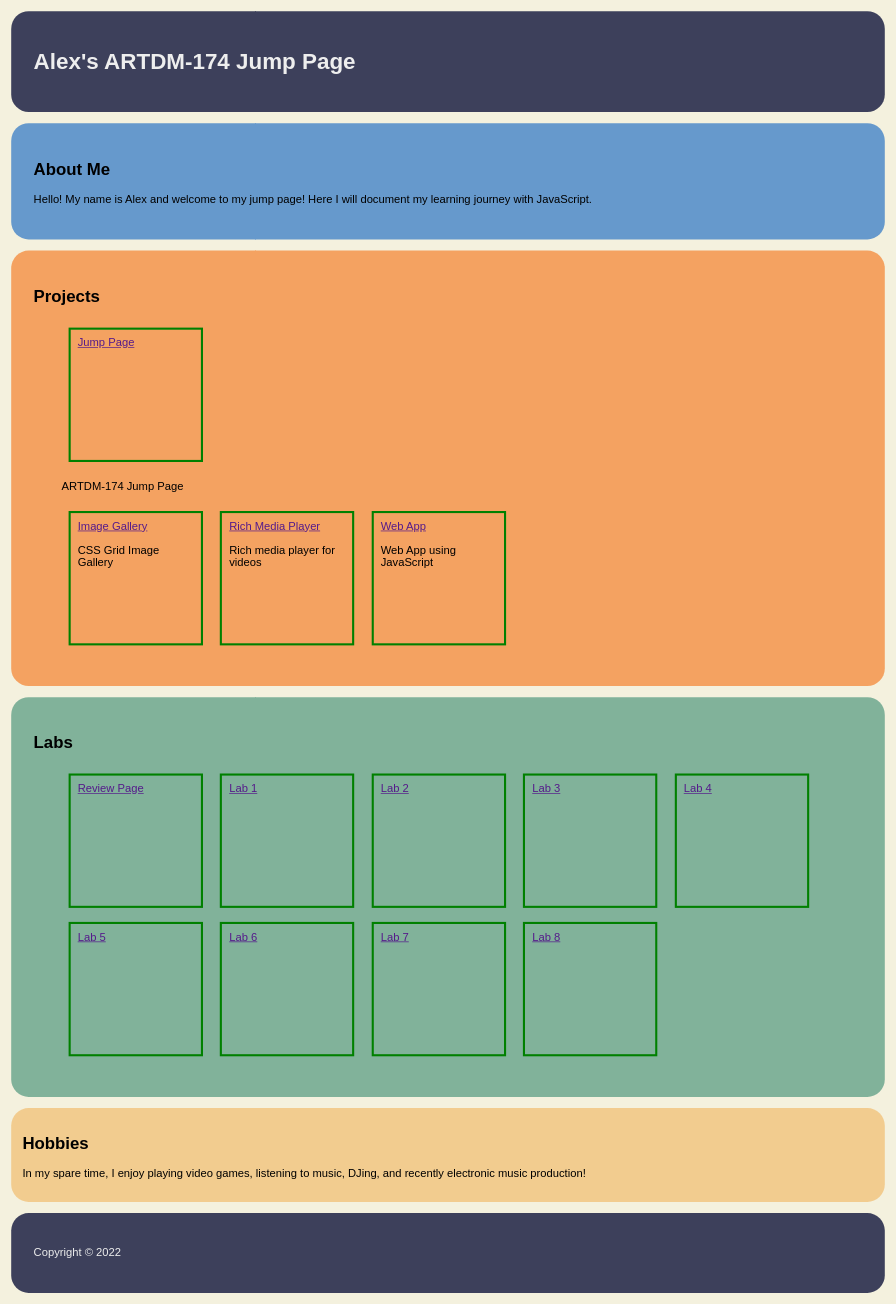
Repository: alexmaddux99/ARTDM-174
Page: Jump Page/index.html
These files come from the project's save history. The page is drawn as it stood at one moment and after the next save; the edit follows.
The browser window is 1280 px wide. The pictures show the whole page, at 70% of full size.
Some web fonts or font styles are not loaded; a fallback is used.

Above is the page before, as saved 2022-02-10 13:35:07.

### Jump Page/index.html
<!DOCTYPE html>
<html lang="en">
<head>
    <meta charset="UTF-8">
    <meta http-equiv="X-UA-Compatible" content="IE=edge">
    <meta name="viewport" content="width=device-width, initial-scale=1.0">
    <link rel="stylesheet" href="css/main.css">
    <link rel="preconnect" href="https://fonts.gstatic.com" crossorigin>
<link href="https://fonts.googleapis.com/css2?family=Roboto&display=swap" rel="stylesheet">
<link rel="preconnect" href="https://fonts.googleapis.com">
<link rel="preconnect" href="https://fonts.gstatic.com" crossorigin>
<link href="https://fonts.googleapis.com/css2?family=Zen+Old+Mincho:wght@900&display=swap" rel="stylesheet">
    <title>ARTDM-174 Jump Page</title>
</head>
<body>
    <header>
        <h1>Alex's ARTDM-174 Jump Page</h1>
    </header>

    <main>
        <section class="intro">
            <h2>About Me</h2>
            <p>Hello! My name is Alex and welcome to my jump page! Here I will document my learning journey with JavaScript.</p>
        </section>

        <section class="projects">
            <h2>Projects</h2>
            <ul>
                <li><a href="">Jump Page</a></li>
                <p>ARTDM-174 Jump Page</p>
                <li><a href="">Image Gallery</a>
                <p>CSS Grid Image Gallery</p></li>
                <li><a href="">Rich Media Player</a>
                <p>Rich media player for videos</p></li>
                <li><a href="">Web App</a>
                <p>Web App using JavaScript</p></li>
            </ul>
        </section>

        <section class="labs">
            <h2>Labs</h2>
           <ul>
               <li><a href="">Review Page</a></li>
               <li><a href="">Lab 1</a></li>
               <li><a href="">Lab 2</a></li>
               <li><a href="">Lab 3</a></li>
               <li><a href="">Lab 4</a></li>
               <li><a href="">Lab 5</a></li>
               <li><a href="">Lab 6</a></li>
               <li><a href="">Lab 7</a></li>
               <li><a href="">Lab 8</a></li>
           </ul>
        </section>



    </main>
    <aside>
        <h2>Hobbies</h2>
        <p>In my spare time, I enjoy playing video games, listening to music, DJing, and recently electronic music production!</p>
    </aside>

    <footer>
        <p>
            Copyright &copy; 2022
        </p>
    </footer>

</body>
</html>

### Jump Page/css/main.css
@keyframes fadeInAnimation {
	0% {
		opacity: 0;
	}
	100% {
		opacity: 1;

	}

}

@keyframes test{
	0%{

	}

	100%
	{

	padding: .5rem 1rem;
	transition: all 1s ease;
	}
}

* {
    box-sizing: border-box;
  }

  body {
    animation: fadeInAnimation ease 1s;
    animation-iteration-count: 1;
    animation-fill-mode: forwards;
    margin:0;
    padding: 0;
    background-color: #f4f1de;
    font-family: 'Raleway', sans-serif;
  }

  header, footer {
    background: #3d405b;
    color: #eee;
    padding: 2rem;
    margin: 1rem;
    border-radius: 25px;
  }



  .intro {

      background:#6699CC;
    padding: 2rem;
    margin: 1rem;
    border-radius: 25px;
  }

  aside {
    background-color: #f2cc8f;
    padding: 1rem;
    margin: 1rem;
    border-radius: 25px;
  }

  .projects {
    background-color: #f4a261;
    padding: 2rem;
    margin: 1rem;
    border-radius: 25px;
  }

  .labs {
    background-color: #81b29a;
    padding: 2rem;
    margin: 1rem;
    border-radius: 25px;
  }

  .projects li, .labs li {
    border: 3px solid green;
    margin: 10px;
    padding: 10px;
    width: 12rem;
    height:12rem;
    display: inline-block;
  }

   ol {
    list-style: none;
     padding: 0;
  }

  li{
    transition:  .5s ease-in;
  }

  li:hover{
    transition:  .5s ease-out;
	background-color: red;
	padding: .5rem 1rem;
  }

After the next save:
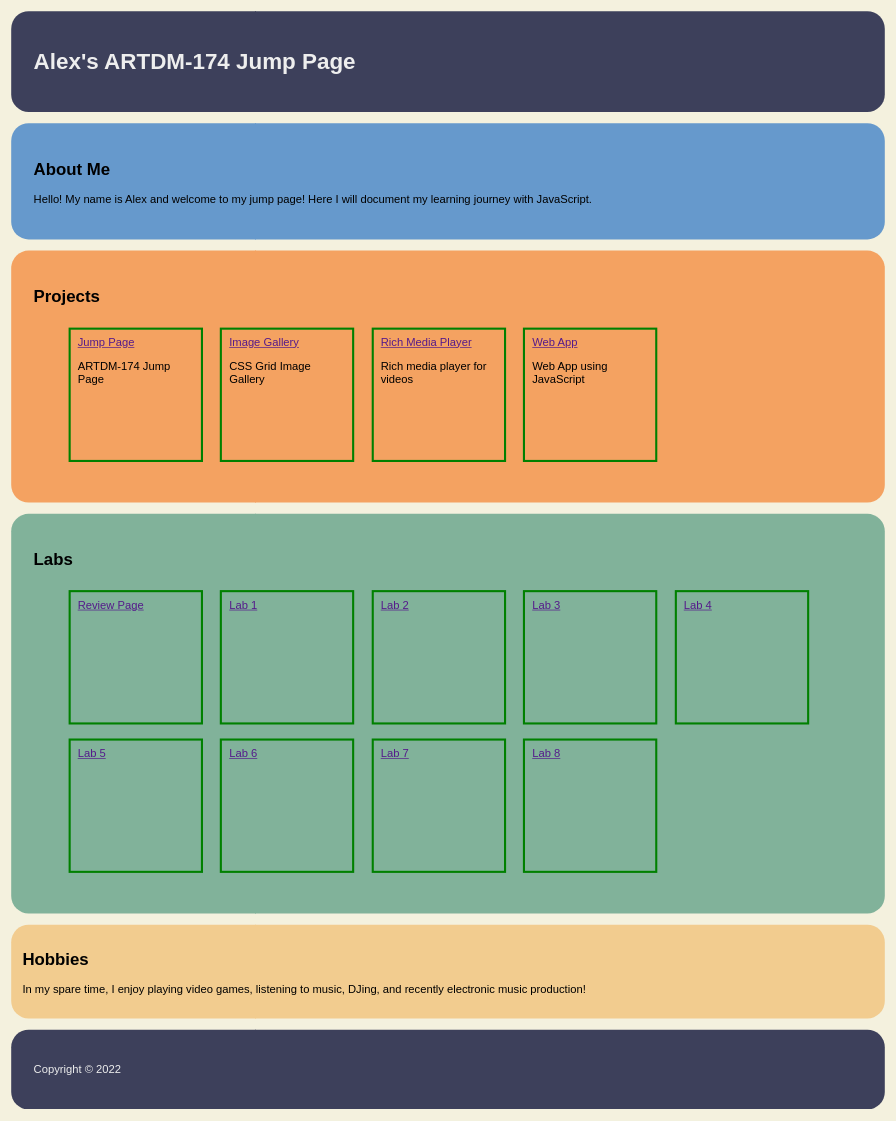
Saved 20 s later.
--- a/Jump Page/index.html
+++ b/Jump Page/index.html
@@ -26,8 +26,8 @@
         <section class="projects">
             <h2>Projects</h2>
             <ul>
-                <li><a href="">Jump Page</a></li>
-                <p>ARTDM-174 Jump Page</p>
+                <li><a href="">Jump Page</a><p>ARTDM-174 Jump Page</p></li>
+
                 <li><a href="">Image Gallery</a>
                 <p>CSS Grid Image Gallery</p></li>
                 <li><a href="">Rich Media Player</a>
